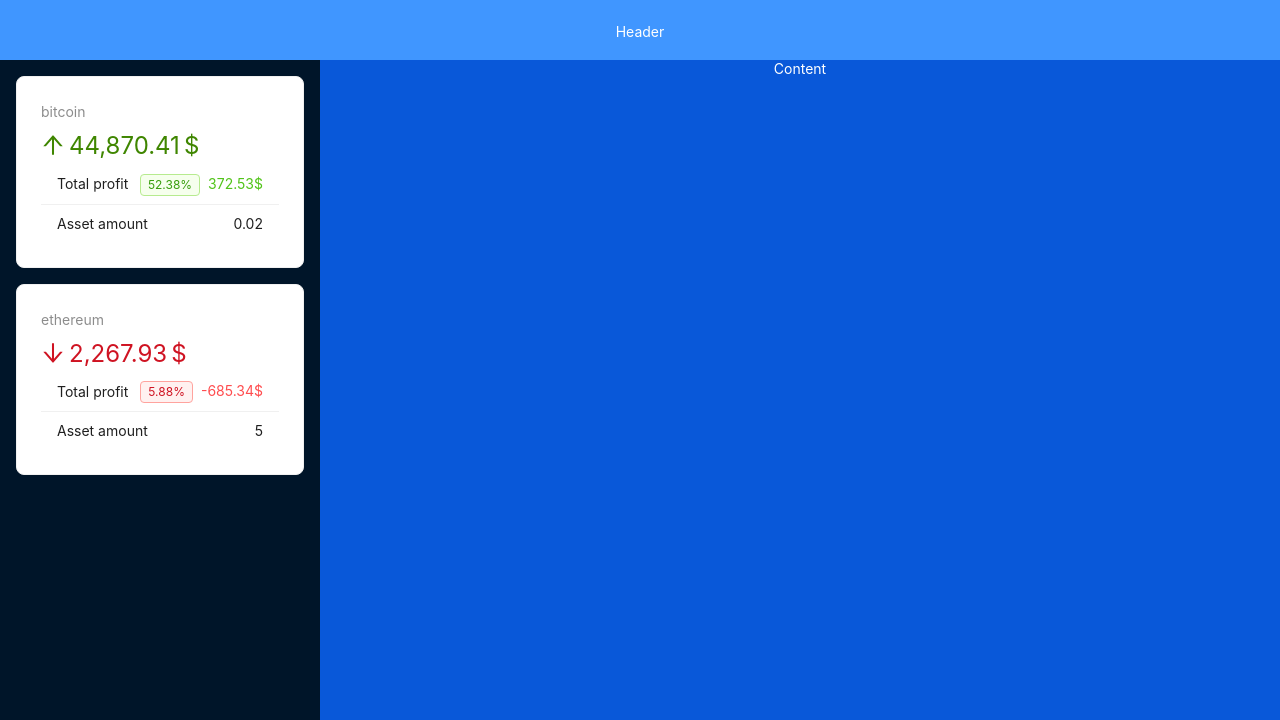
Repository: iveivs/ninim
Page: / (app in react-crypto-initial/)
An editor plug-in stored every save of this project. The page is shown before and after a run of saves, followed by the edit.
The browser window is 1280 px wide. The pictures show the whole page.
The project was rebuilt for these pictures with package versions that can differ from the ones it lists, and the page was loaded fresh each time. Also part of the build but not shown: react-crypto-initial/vite.config.js.

Above is the page before, as saved 2024-02-18 17:42:01.

### react-crypto-initial/src/App.jsx
import { Layout } from "antd";
import AppContent from "./components/layout/AppContent";
import AppHeader from "./components/layout/AppHeader";
import AppSider from "./components/layout/AppSider";

export default function App() {
    return (
        <Layout >
            <AppHeader  />
            <Layout>
                <AppSider  />
                <AppContent  />
            </Layout>
        </Layout>
    );
}

### react-crypto-initial/src/components/layout/AppContent.jsx
import { Layout } from "antd";
const contentStyle = {
    textAlign: "center",
    minHeight: 'calc(100vh - 60px)',
    color: "#fff",
    backgroundColor: "#0958d9",
};

export default function AppContent() {
    return (
        <Layout.Content style={contentStyle}>Content</Layout.Content>
    )
}

### react-crypto-initial/src/components/layout/AppHeader.jsx
import { Layout } from "antd";
const headerStyle = {
    textAlign: "center",
    color: "#fff",
    height: 60,
    paddingInline: 48,
    lineHeight: "64px",
    backgroundColor: "#4096ff",
};
export default function AppHeader() {
    return (
        <Layout.Header style={headerStyle}>Header</Layout.Header>
    )
}

### react-crypto-initial/src/components/layout/AppSider.jsx

import { useEffect, useState } from "react";
import { Layout, Card, Statistic, List, Typography, Spin, Tag } from "antd";
import { ArrowDownOutlined, ArrowUpOutlined } from '@ant-design/icons';
import { fakeFetchCrypto, fetchAssets } from '../../api'
import { percentDifference } from '../../utils'
const siderStyle = {
    padding: '1rem',
};

export default function AppSider() {
    const [loading, setLoading ] = useState(false)
    const [crypto, setCrypto ] = useState([])
    const [assets, setAssets ] = useState([])

    useEffect(() => {
        async function preload() {
            setLoading(true)
            const { result } = await fakeFetchCrypto()
            const assets = await fetchAssets()

            setAssets(assets.map(asset => {
                const coin = result.find((c) => c.id === asset.id)
                return {
                    grow: asset.price < coin.price,
                    growPercent: percentDifference(asset.price, coin.price),
                    totalAmount: asset.amount + coin.price,
                    totalProfit: asset.amount * coin.price - asset.amount * asset.price,
                    ...asset
                }
            }))
            setCrypto(result)
            setLoading(false)
        }
        preload()
    }, [])

    if(loading) {
        return <Spin fullscreen />
    }
    return (
        <Layout.Sider width="25%" style={siderStyle}>

            {assets.map(asset => (
                <Card key={asset.id} style={{marginBottom: '1rem'}} >
                    <Statistic
                        title={asset.id}
                        value={asset.totalAmount}
                        precision={2}
                        valueStyle={{ color: asset.grow ? '#3f8600' : '#cf1322'}}
                        prefix={ asset.grow ? <ArrowUpOutlined /> : <ArrowDownOutlined />}
                        suffix="$"
                    />
                    <List
                        size="small"
                        dataSource={[
                            {title: "Total profit", value: asset.totalProfit, withTag: true},
                            {title: "Asset amount", value: asset.amount, isPlain: true},
                            // {title: "Difference", value: asset.growPercent},
                        ]}
                        renderItem={(item) => (
                            <List.Item>
                                <span>{item.title}</span>
                                <span>
                                    {item.withTag && (
                                        <Tag color={asset.grow ? 'green' : 'red'}>
                                            {asset.growPercent}%
                                        </Tag>
                                    )}
                                    {item.isPlain && item.value}
                                    {!item.isPlain && (
                                    <Typography.Text type={asset.grow ? 'success' : 'danger'}>
                                        {item.value.toFixed(2)}$
                                    </Typography.Text>
                                    )}
                                </span>
                            </List.Item>
                        )}
                    />
                </Card>
            ))}


            {/* <Card>
                <Statistic
                    title="Idle"
                    value={9.3}
                    precision={2}
                    valueStyle={{ color: '#cf1322' }}
                    prefix={<ArrowDownOutlined />}
                    suffix="%"
                />
            </Card> */}
        </Layout.Sider>
    );
}

### react-crypto-initial/src/api.js
import { cryptoData, cryptoAssets} from './data'

export function fakeFetchCrypto() {
    return new Promise((resolve) => {
        setTimeout(() => {
            resolve(cryptoData)
        }, 200)
    })
}

export function fetchAssets() {
    return new Promise((resolve) => {
        setTimeout(() => {
            resolve(cryptoAssets)
        }, 200)
    })
}

### react-crypto-initial/src/utils.js
export function percentDifference(a, b){
    return +(100 * Math.abs((a - b) / ((a + b) / 2))).toFixed(2)
}

export function capitalize(str) {
    return str.charAt(0).toUpperCase() + str.substr(1)
}

Loaded but not shown: react-crypto-initial/index.html (common file); react-crypto-initial/src/main.jsx (common file); react-crypto-initial/src/index.css (common file); react-crypto-initial/src/data.js (625 lines, source omitted)

After the next 4 saves:
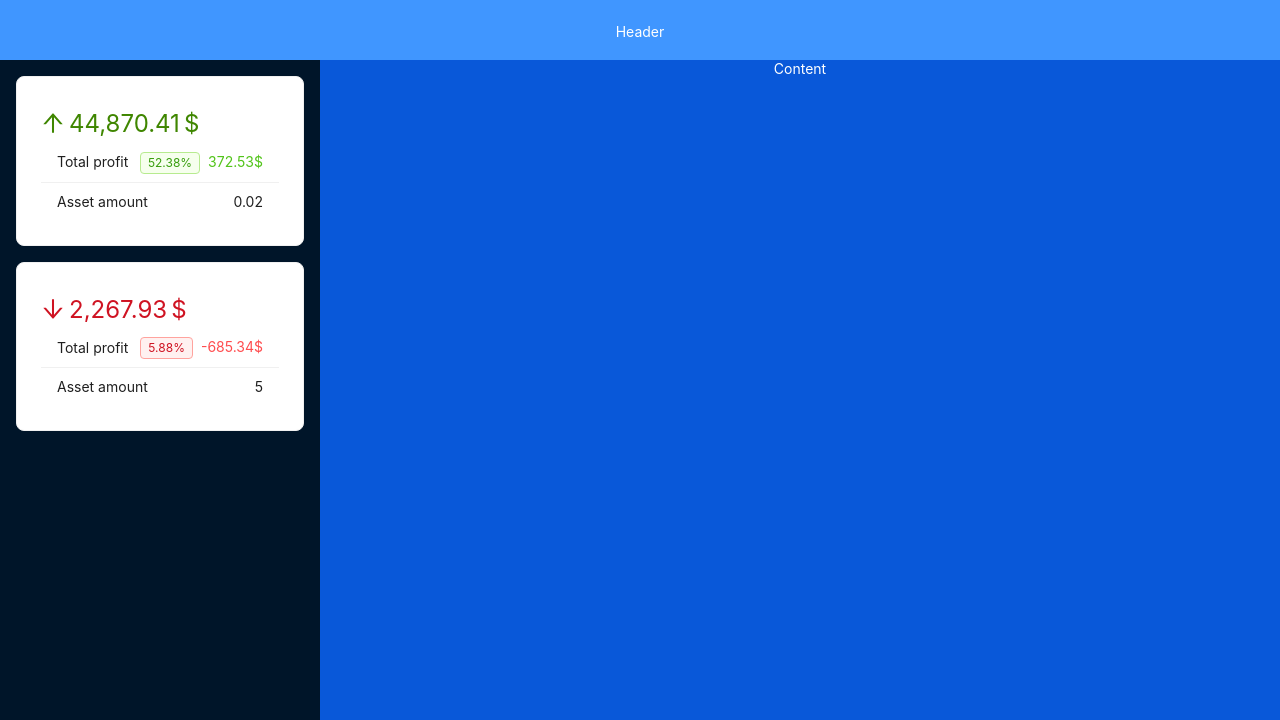
The 4 saves are shown as one change because they came seconds apart.
The last was saved 49 s later.
--- a/react-crypto-initial/src/components/layout/AppSider.jsx
+++ b/react-crypto-initial/src/components/layout/AppSider.jsx
@@ -3,7 +3,7 @@
 import { Layout, Card, Statistic, List, Typography, Spin, Tag } from "antd";
 import { ArrowDownOutlined, ArrowUpOutlined } from '@ant-design/icons';
 import { fakeFetchCrypto, fetchAssets } from '../../api'
-import { percentDifference } from '../../utils'
+import { capitalize, percentDifference } from '../../utils'
 const siderStyle = {
     padding: '1rem',
 };
@@ -44,7 +44,7 @@
             {assets.map(asset => (
                 <Card key={asset.id} style={{marginBottom: '1rem'}} >
                     <Statistic
-                        title={asset.id}
+                        title={capitalize}
                         value={asset.totalAmount}
                         precision={2}
                         valueStyle={{ color: asset.grow ? '#3f8600' : '#cf1322'}}

After the save that followed:
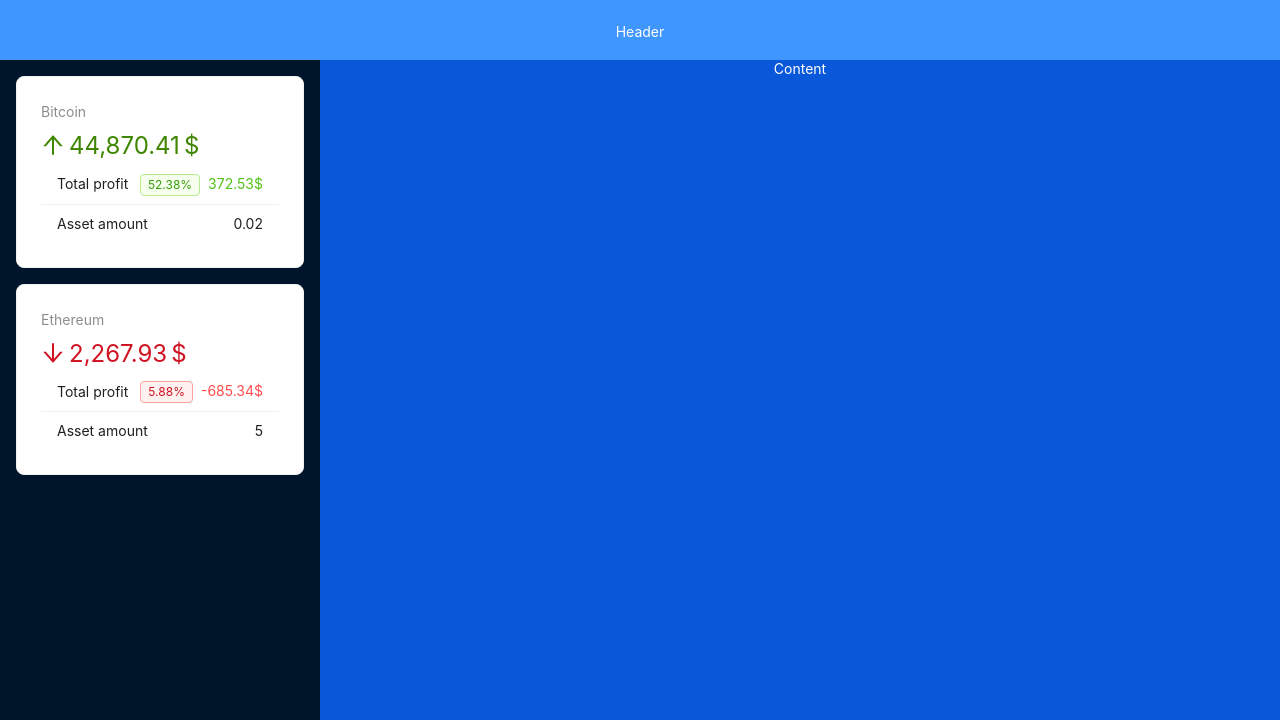
Saved 11 s later.
--- a/react-crypto-initial/src/components/layout/AppSider.jsx
+++ b/react-crypto-initial/src/components/layout/AppSider.jsx
@@ -44,7 +44,7 @@
             {assets.map(asset => (
                 <Card key={asset.id} style={{marginBottom: '1rem'}} >
                     <Statistic
-                        title={capitalize}
+                        title={capitalize(asset.id)}
                         value={asset.totalAmount}
                         precision={2}
                         valueStyle={{ color: asset.grow ? '#3f8600' : '#cf1322'}}
